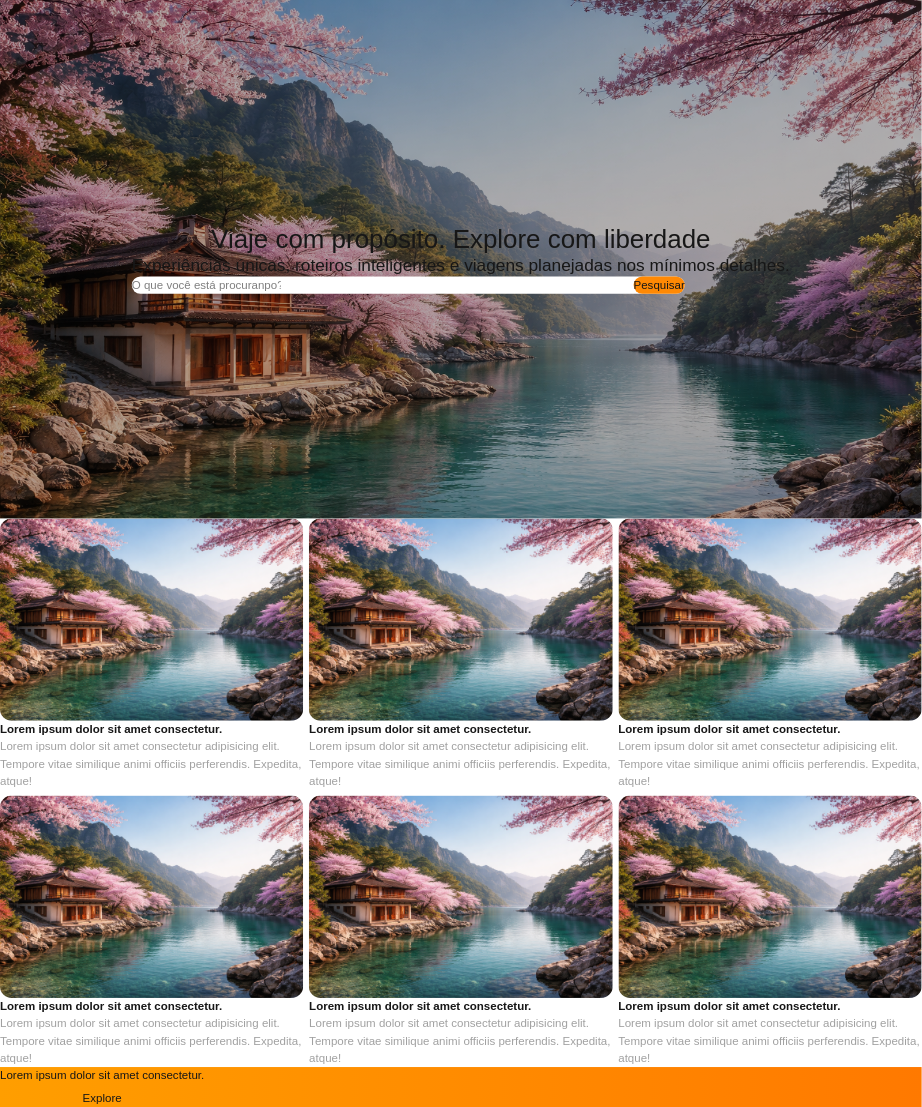
Repository: pedroantoniosi/tripicon-site
Page: /home
An editor plug-in stored every save of this project. The page is shown before and after the next save, followed by the edit.
The browser window is 1280 px wide. The pictures show the whole page, at 72% of full size.
The project was rebuilt for these pictures with package versions that can differ from the ones it lists, and the page was loaded fresh each time. The framework's server and built-in components were replaced by stand-ins that run in the browser. Also part of the build but not shown: next.config.ts.

Above is the page before, as saved 2026-04-06 11:57:18.

### src/app/layout.tsx
import type { Metadata } from "next";
import { Geist, Geist_Mono } from "next/font/google";
import "./globals.css";

const geistSans = Geist({
  variable: "--font-geist-sans",
  subsets: ["latin"],
});

const geistMono = Geist_Mono({
  variable: "--font-geist-mono",
  subsets: ["latin"],
});

export const metadata: Metadata = {
  title: "Create Next App",
  description: "Generated by create next app",
};

export default function RootLayout({
  children,
}: Readonly<{
  children: React.ReactNode;
}>) {
  return (
    <html
      lang="en"
      className={`${geistSans.variable} ${geistMono.variable} h-full antialiased`}
    >
      <body className="min-h-full flex flex-col">{children}</body>
    </html>
  );
}

### src/app/home/page.tsx
"use client";
import styles from "./page.module.css";
import Searchbar from "@/components/searchbar/searchbar";
import Container from "@/components/Container/Container";
import Image from "next/image";
import Slider from "@/components/Slider/Slider";

const trips = [
  { title: "", image: "/images/banner.png" },
  { title: "", image: "/images/banner.png" },
  { title: "", image: "/images/banner.png" },
];

const reviews = [
  {
    name: "Mariana Souza",
    text: "Viajar para Kyoto sempre foi um sonho, mas eu não fazia ideia de por onde começar. A plataforma montou tudo pra mim e a experiência foi simplesmente perfeita.",
    stars: 5,
  },
  {
    name: "Lucas Ferreira",
    text: "Fiquei impressionado com a organização. Desde Tokyo até Osaka, tudo foi muito bem planejado. Zero dor de cabeça.",
    stars: 5,
  },
  {
    name: "Camila Ribeiro",
    text: "Eu queria uma viagem mais cultural e menos turística, e eles acertaram exatamente no que eu buscava. Kyoto foi o ponto alto da viagem.",
    stars: 5,
  },
  {
    name: "Rafael Martins",
    text: "Foi minha primeira viagem internacional e eu estava inseguro. O suporte foi excelente do começo ao fim, principalmente durante a estadia em Tokyo.",
    stars: 5,
  },
  {
    name: "Juliana Costa",
    text: "Consegui montar um roteiro completo em poucos minutos. A experiência no Monte Fuji foi inesquecível. Recomendo muito.",
    stars: 5,
  },
];

export default function Home() {
  return (
    <>
      {/* Sessão Inicial  Principal */}
      <section className={styles.heroContainer}>
        <div className={`${styles.heroCaption} col gap-2`}>
          <h1 className="text-4xl  text-center">
            {" "}
            Viaje com propósito. Explore com liberdade
          </h1>
          <p className="text-md lg:text-2xl text-center m-[12]">
            Experiências únicas, roteiros inteligentes e viagens planejadas nos
            mínimos detalhes.
          </p>
          <Searchbar />
        </div>
      </section>

      <Container>
        <section
          className={`${styles.featuresContainer} grid grid-cols-2 gap-2 lg:grid-cols-3 lg:py-4`}
        >
          {Array.from({ length: 6 }).map((_, index) => (
            <div key={index} className={`${styles.card}`}>
              <Image
                className="rounded-2xl"
                src="/images/banner.png"
                alt="Banner"
                width={500}
                height={300}
              />
              <div className={`${styles.caption} p-2`}>
                <h2 className="font-bold font">
                  Lorem ipsum dolor sit amet consectetur.
                </h2>
                <p className={`${styles.text} text-neutral-400 max-w-[500px]`}>
                  Lorem ipsum dolor sit amet consectetur adipisicing elit.
                  Tempore vitae similique animi officiis perferendis. Expedita,
                  atque!
                </p>
              </div>
            </div>
          ))}
        </section>

        <section
          className={`${styles.discoverContainer} flex gap-2 justify-between`}
        >
          <div className="flex flex-col gap-2">
            <h2>Lorem ipsum dolor sit amet consectetur.</h2>
            <button>Explore</button>
          </div>
        </section>
      </Container>
    </>
  );
}

### src/app/globals.css
@import "tailwindcss";
@import "bootstrap-icons/font/bootstrap-icons.css";


* {
  padding: 0;
  margin: 0;
  box-sizing: border-box;
}

:root {
  --background: #ffffff;
  --foreground: #171717;
  --primaryColor: #
}

@media (prefers-color-scheme: dark) {
  :root {
    --background: #0a0a0a;
    --foreground: #ededed;
  }
}

body {
  background: var(--background);
  color: var(--foreground);
  font-family: Arial, Helvetica, sans-serif;
}

### src/app/home/page.module.css
.heroContainer {
    padding: 1rem;
    position: relative;
    display: grid;
    place-items: center;
    z-index: 1;
    min-height: 70svh;

    &::after {
        content: ' ';
        position: absolute;
        width: 100%;
        height: 100%;
        left: 0;
        bottom: 0;
        background-image: url('/images/banner.png');
        background-size: cover;
        z-index: -1;
        filter: brightness(70%);
    }

    & .heroTitle {
        max-width: 1024px;
        text-align: center;
    }
}


.discoverContainer {
    background: #FF9E00;
    background: linear-gradient(90deg, rgba(255, 158, 0, 1) 0%, rgba(255, 121, 0, 1) 100%);
}


@media (min-width: 1024px) {
    .heroContainer {
        padding: 2rem;
        min-height: 100vh;
    }

    .heroContainer .heroTitle {
        max-width: 1200px;
    }
}

@media (max-width: 768px) {
    .featuresContainer {


        & .card {
            position: relative;

            & .caption {
                width: 100%;
                position: absolute;
                bottom: 0;
                z-index: 1;

                & .text {
                    display: none;
                }
            }
        }
    }

}

### src/components/searchbar/searchbar.tsx
export default function searchbar() {
  return (
    <>
      <div className="p-[.5rem] bg-white rounded-full flex justify-between m-auto max-w-[768px]">
        <input
          className="p-1 text-black outline-none border-none"
          type="text"
          placeholder="O que você está procuranpo?"
        />
        <button className="bg-orange-400 px-2 rounded-full">Pesquisar</button>
      </div>
    </>
  );
}

### src/components/Container/Container.tsx
import React from "react";

type ContainerProps = {
  children?: React.ReactNode;
};

export default function Container({ children }: ContainerProps) {
  return <div className="p-2 ">{children}</div>;
}

After the next save:
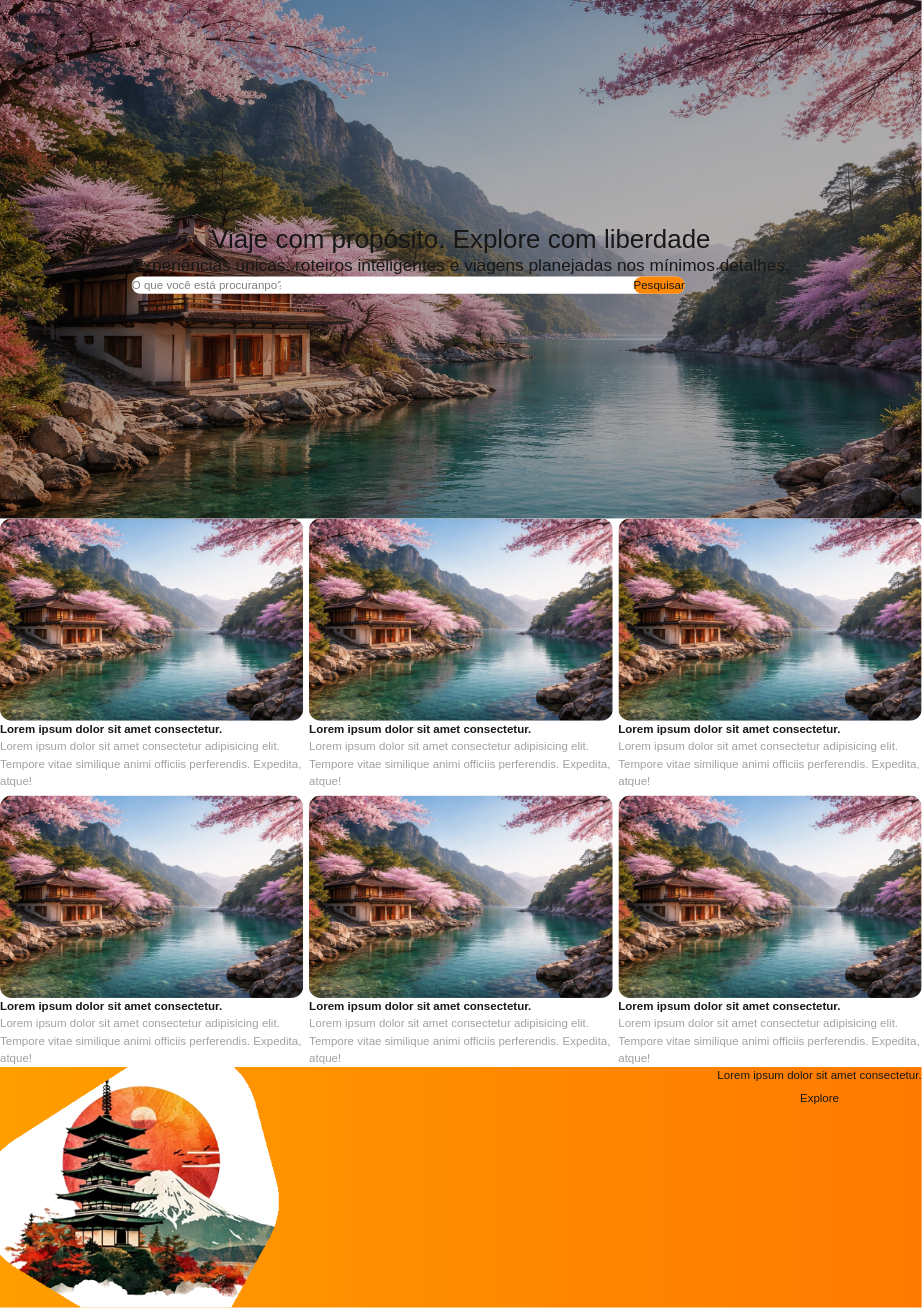
Saved 36 s later.
--- a/src/app/home/page.tsx
+++ b/src/app/home/page.tsx
@@ -87,6 +87,7 @@ export default function Home() {
         <section
           className={`${styles.discoverContainer} flex gap-2 justify-between`}
         >
+          <img src="/images/discover.png" alt="" />
           <div className="flex flex-col gap-2">
             <h2>Lorem ipsum dolor sit amet consectetur.</h2>
             <button>Explore</button>
